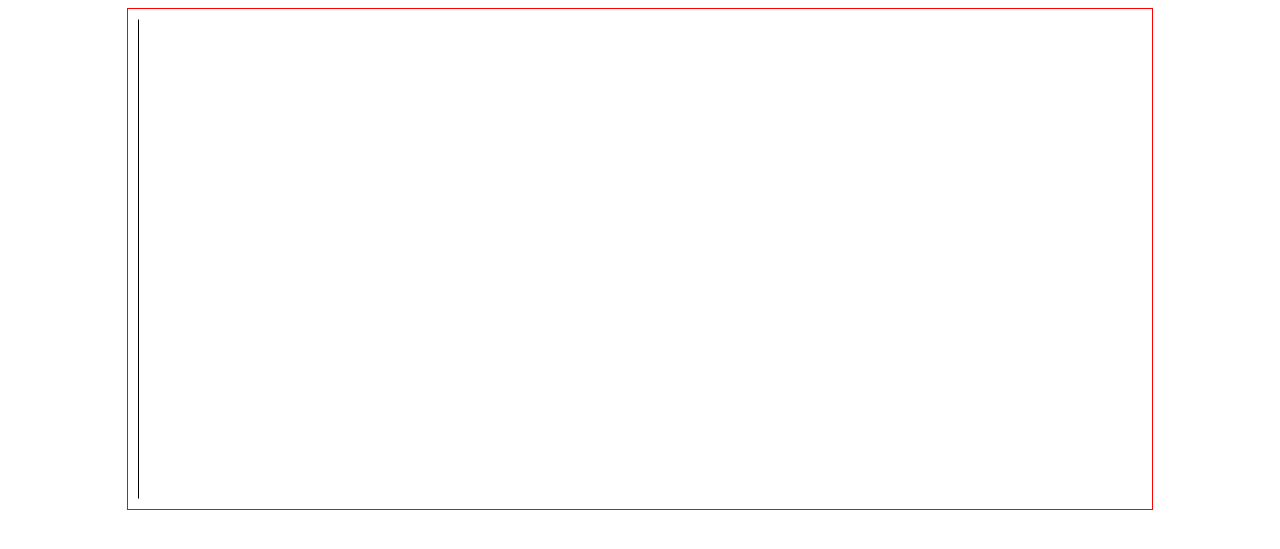
Repository: cw19931024/Demo
Page: canvas.html
The author's editor kept a copy of each file at every save. The page is drawn from the files as they stood at one save, then again after the next save.
The browser window is 1280 px wide. The pictures show the whole page.

Above is the page before, as saved 2017-07-27 11:09:23.

After the next save:
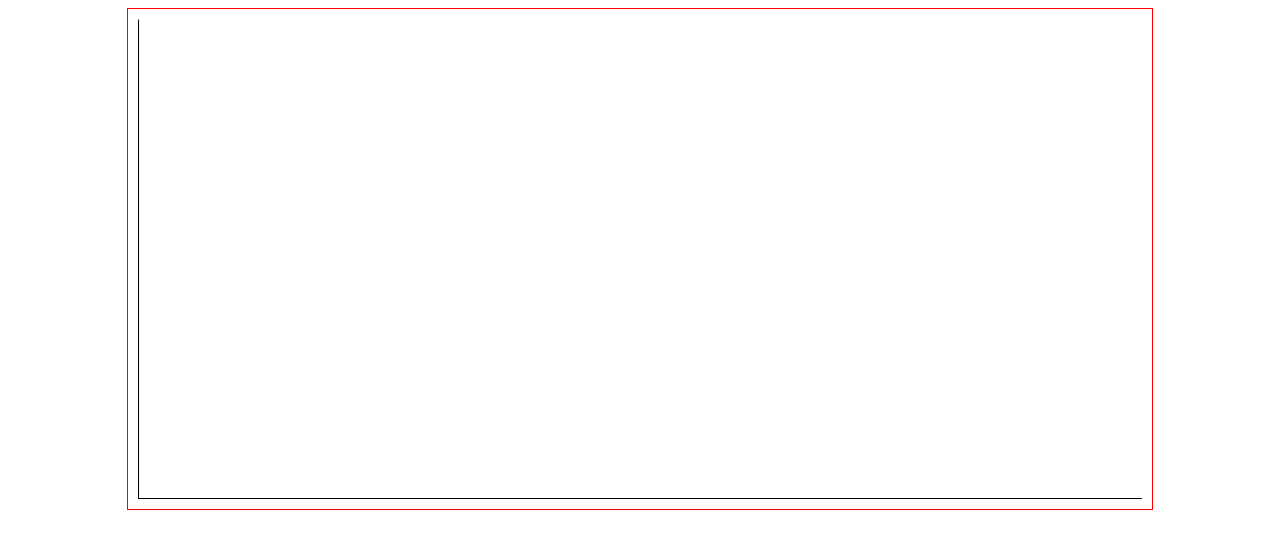
Saved 18 s later.
--- a/canvas.html
+++ b/canvas.html
@@ -82,6 +82,7 @@
         context.beginPath();
         context.lineWidth = 1;
         context.moveTo(padding, height - padding - 0.5);
+        context.lineTo(width - padding - 0.5, height - padding - 0.5)
         // context[type](data[0],data[1]);
         context.stroke();
     }

After the 5 saves that followed:
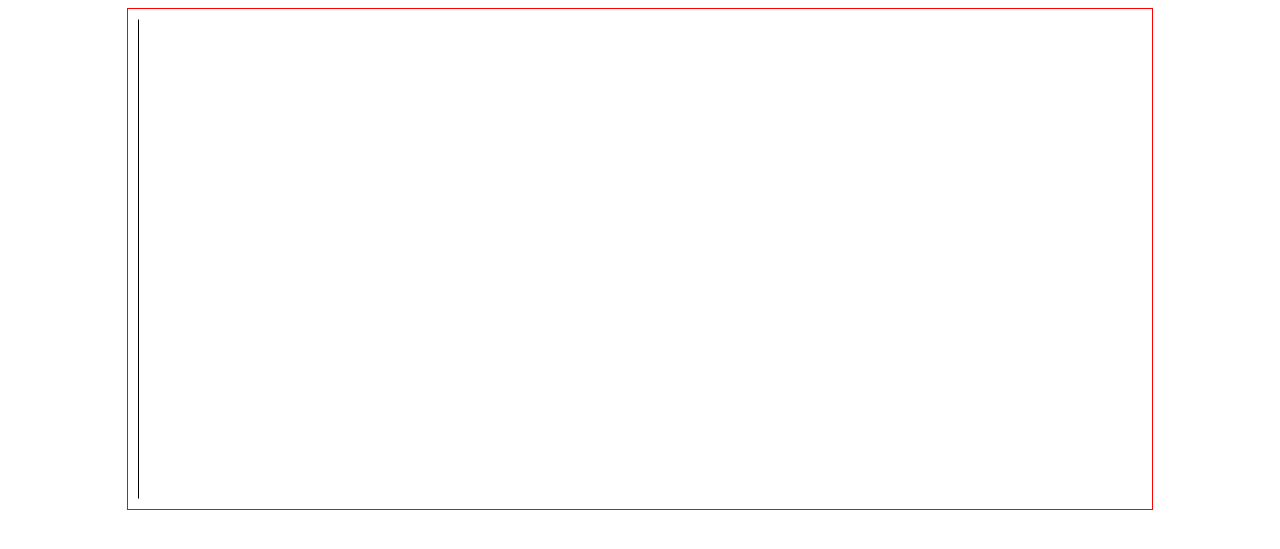
The 5 saves are shown as one change because 3 left the picture as it was and some came seconds apart.
The last was saved 70 s later.
--- a/canvas.html
+++ b/canvas.html
@@ -80,10 +80,9 @@
 
     function Edit(data,type){
         context.beginPath();
-        context.lineWidth = 1;
-        context.moveTo(padding, height - padding - 0.5);
-        context.lineTo(width - padding - 0.5, height - padding - 0.5)
-        // context[type](data[0],data[1]);
+        // context.moveTo(padding, height-padding-0.5);
+        // context.lineTo(width - padding - 0.5, height - padding - 0.5)
+        console.log(context[type](data[0],data[1]))
         context.stroke();
     }
 </script>
